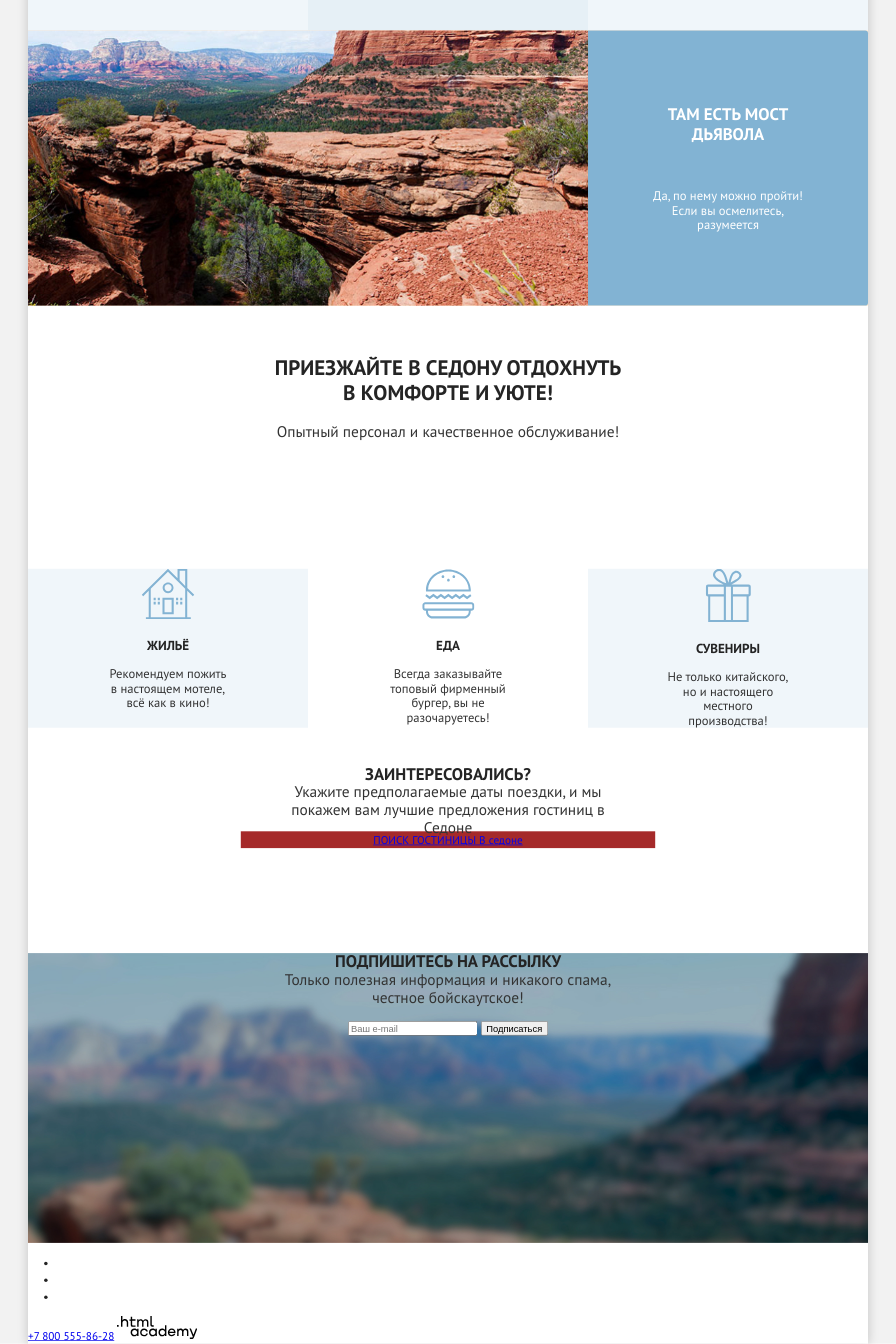
Repository: zakhgagne/2512253-sedona-1
Page: index.html
An editor plug-in stored every save of this project. The page is shown before and after the next save, followed by the edit.
The browser window is 1280 px wide. The pictures show the part of the page from y = 1551 to 3471 px (the page is 3471 px tall), at 70% of full size.

Above is the page before, as saved 2024-05-11 19:25:49.

After the next save:
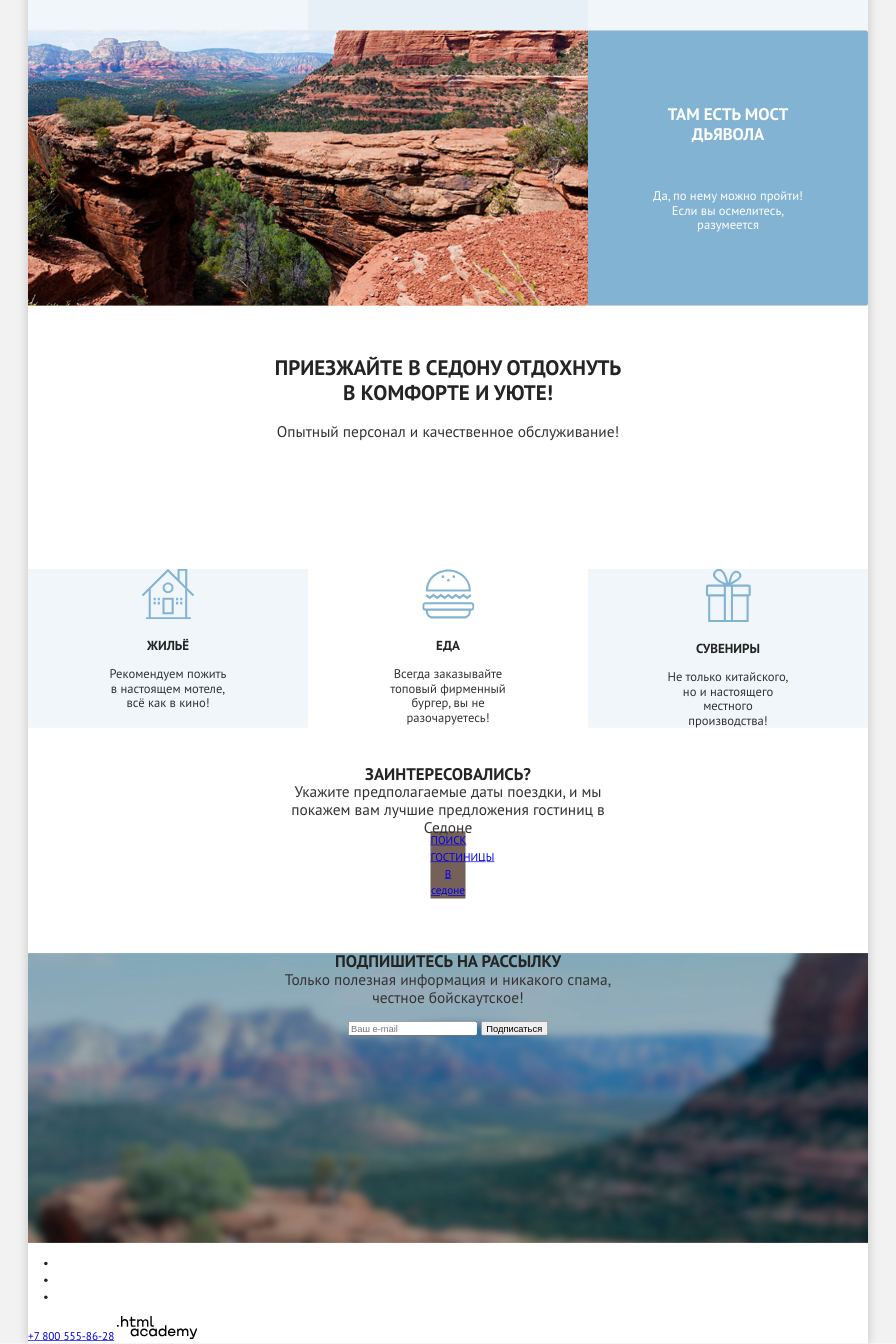
Saved 68 s later.
--- a/styles/styles.css
+++ b/styles/styles.css
@@ -294,8 +294,10 @@ text-transform: uppercase;
 }
 
 .container-button{
+  width: 50px;
+  height: 25;
   margin: 0 auto 0;
   padding: 0;
   padding-top: 10;
-  background-color: brown;
-}
+  background-color: #756157;
+}
